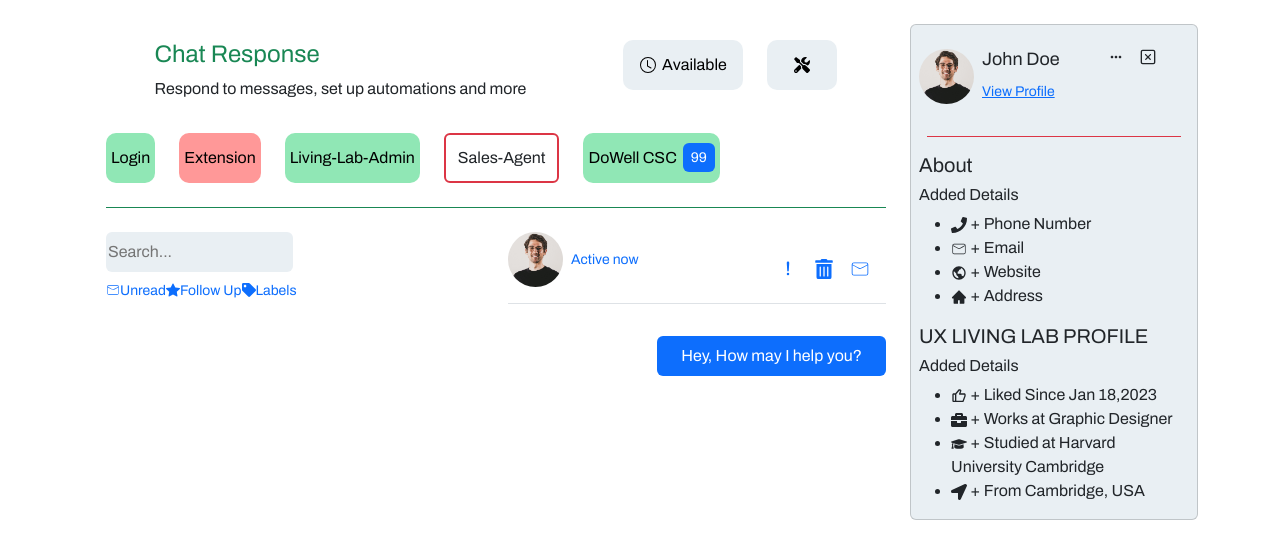
Repository: uh-sman/UX-Living-Lab-Chat
Page: /
The author's editor kept a copy of each file at every save. The page is drawn from the files as they stood at one save, then again after the next save.
The browser window is 1280 px wide. The pictures show the whole page.
The project was rebuilt for these pictures with package versions that can differ from the ones it lists, and the page was loaded fresh each time.

Above is the page before, as saved 2023-05-10 18:09:46.

After the next save:
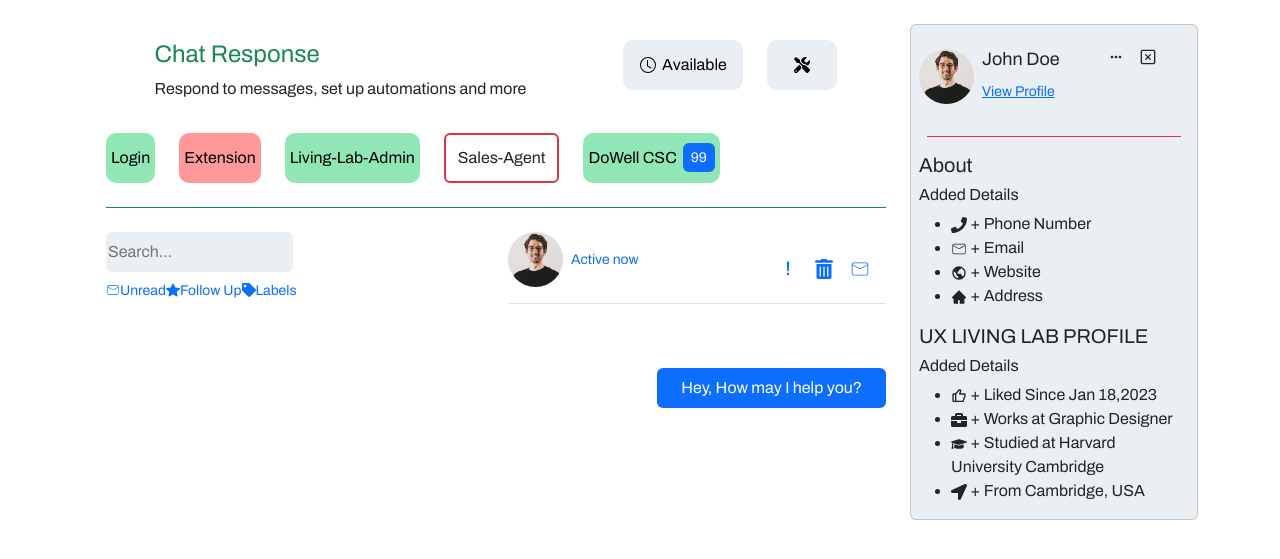
Saved 8 s later.
--- a/src/container/Chats/message/Message.jsx
+++ b/src/container/Chats/message/Message.jsx
@@ -12,7 +12,7 @@ const Message = () => {
               width: "auto",
               height: "40px",
               listStyle: "none",
-              marginTop: "2rem",
+              marginTop: "4rem",
             }}
           >
             <li className="mx-4 ">Hey, How may I help you? </li>
